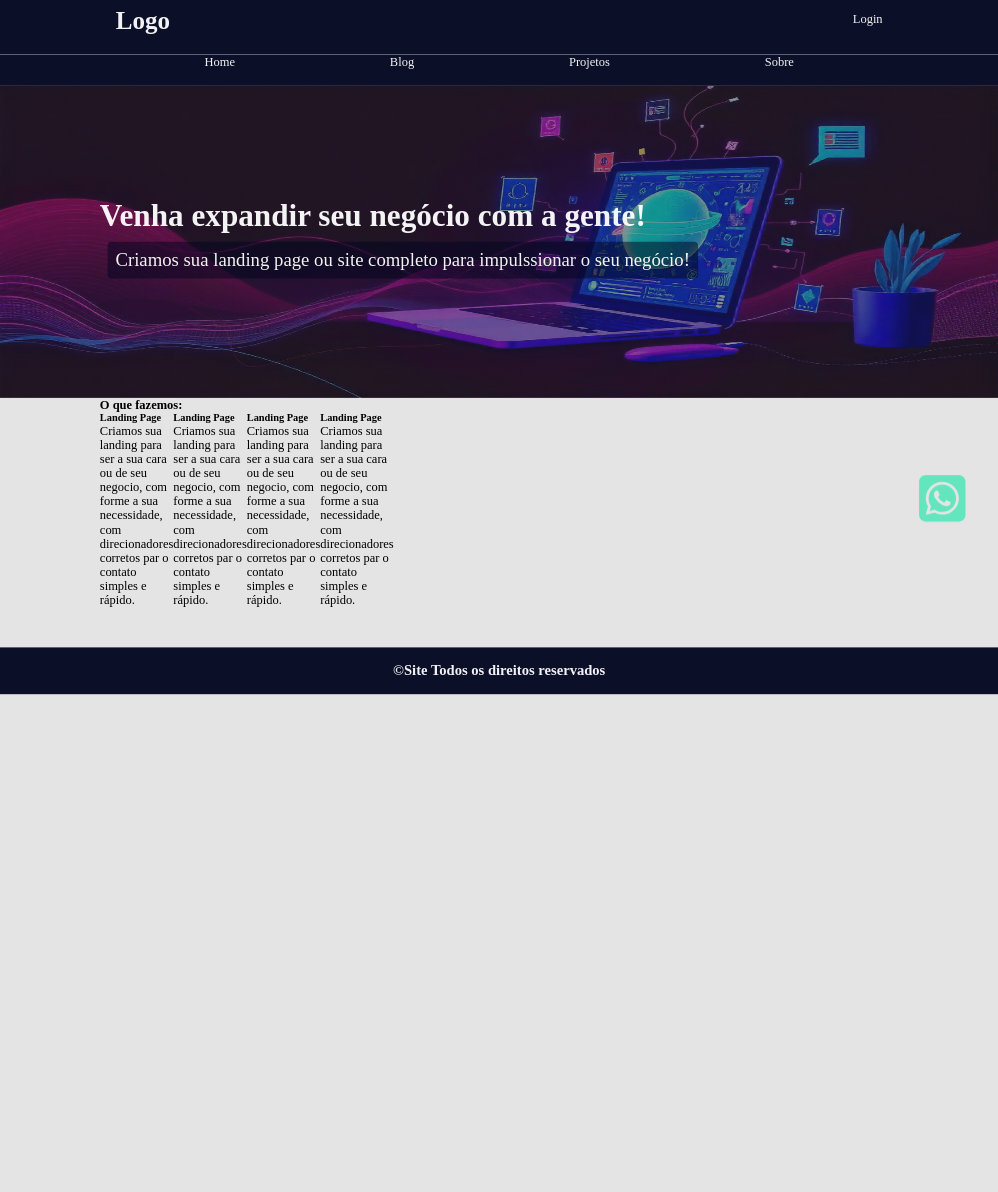
Repository: SauloMorais01/mysitefront-end
Page: index.html
These files come from the project's save history. The page is drawn as it stood at one moment and after the next save; the edit follows.
The browser window is 1280 px wide. The pictures show the whole page, at 78% of full size.
Some web libraries are served in a nearby version.

Above is the page before, as saved 2024-11-02 19:50:24.

After the next save:
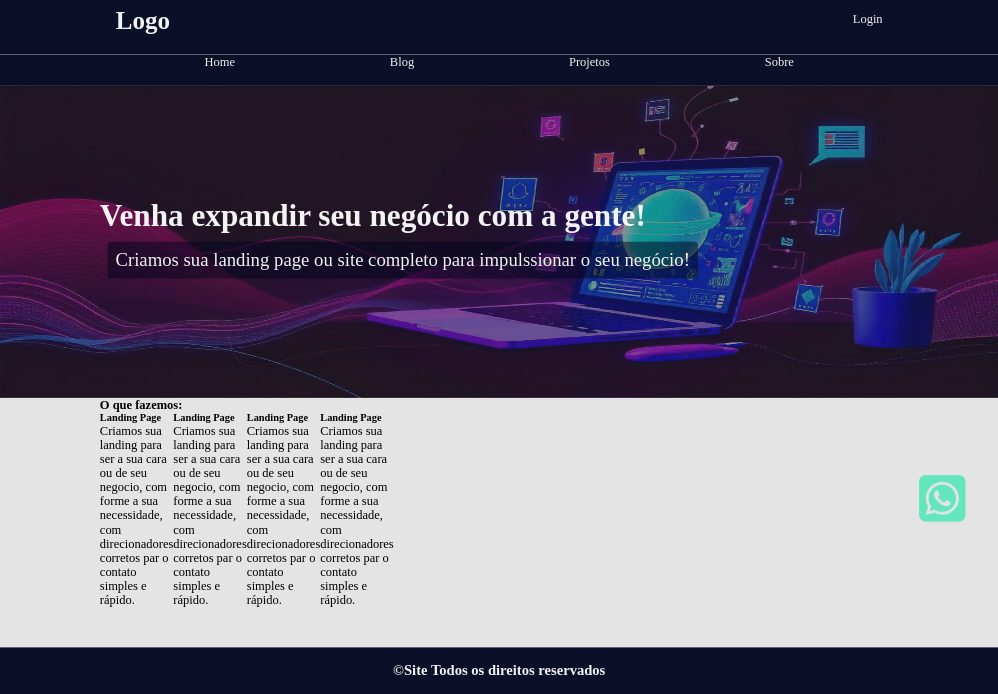
Saved 32 s later.
--- a/src/css/style.css
+++ b/src/css/style.css
@@ -38,8 +38,8 @@
     --container-larger-s: 80%;
     --container-tablet: 90%;
     --container-small-d: 95%;
-    --grid-width: 20%;
-    --grid-height: 20%;
+    --grid-width: 300px;
+    --grid-height: 300px;
     /* End conf Sizes */
 }
 
